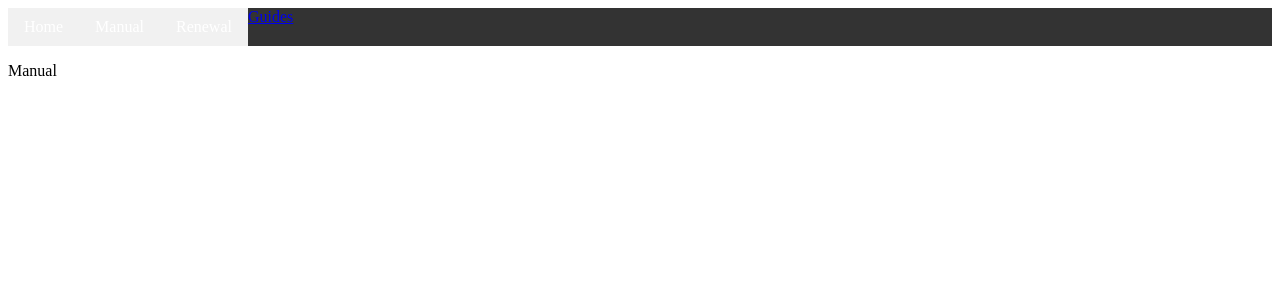
Repository: muesinga/ticketoffice-dot-info
Page: guides/manual.html
The author's editor kept a copy of each file at every save. The page is drawn from the files as they stood at one save, then again after a run of saves.
The browser window is 1280 px wide. The pictures show the whole page.

Above is the page before, as saved 2022-06-07 10:44:07.
Console error: TypeError: Cannot read properties of null (reading 'getElementsByClassName')

### guides/manual.html
<!DOCTYPE html>
<html>
<head>
    <link rel="stylesheet" href="/style/style.css">
    <link rel="import" href="/components/nav.html">
    <script src="/src/nav.js" deferd></script>
    <script src="/src/index.js" defer></script>
</head>
<body>
    <script id="replace_with_navbar" src="index.js"></script>
<p>
    Manual
</p>

</body>
</html>

### style/style.css
  #navlink-container {
    list-style-type: none;
    margin: 0;
    padding: 0;
    overflow: hidden;
    background-color: #333;
  }
  .navlink {
    border: none;
    outline: none;
    padding: 10px 16px;
    background-color: #f1f1f1;
    cursor: pointer;
    text-decoration: none;
    display: block;
    color: white;
    float: left;
  }

  .active, .navlink:hover {
    background-color: #666;
    color: white;
  }



  li.dropdown {
    display: inline-block;
  }

  .dropdown-content {
    display: none;
    position: absolute;
    background-color: #f9f9f9;
    min-width: 160px;
    box-shadow: 0px 8px 16px 0px rgba(0,0,0,0.2);
    z-index: 1;
  }

  .dropdown-content a {
    color: black;
    padding: 12px 16px;
    text-decoration: none;
    display: block;
    text-align: left;
  }

  .dropdown-content a:hover {background-color: #f1f1f1;}

  .dropdown:hover .dropdown-content {
    display: block;
  }

### src/nav.js
fetch('/components/nav.html')
.then(res => res.text())
.then(text => {
    let oldelem = document.querySelector("script#replace_with_navbar");
    let newelem = document.createElement("div");
    newelem.innerHTML = text;
    oldelem.parentNode.replaceChild(newelem,oldelem);
})

### src/index.js
var navlinkContainer = document.getElementById("navlink-container")
var navlinks = navlinkContainer.getElementsByClassName("navlink")


for (var i = 0; i < navlinks.length; i++) {
    navlinks[i].addEventListener("click", function() {
        var current = document.getElementsByClassName("active");
        current[0].className = current[0].className,replace("active", "");
        this.className += "active";
    });
}

### components/nav.html
<nav>
    <ul id="navlink-container">
        <li><a class="navlink" href="../index.html">Home</a></li>
        <li><a class="navlink" href="../guides/manual.html">Manual</a></li>
        <li><a class="navlink" href="../guides/renewal.html">Renewal</a></li>
        <li class="dropdown">
            <a href="javascript:void(0)" class="dropbtn">Guides</a>
            <div class="dropdown-content">
                <a href="#">1</a>
                <a href="#">2</a>
                <a href="#">3</a>
            </div>
        </li>
    </ul>
</nav>

After the next 2 saves:
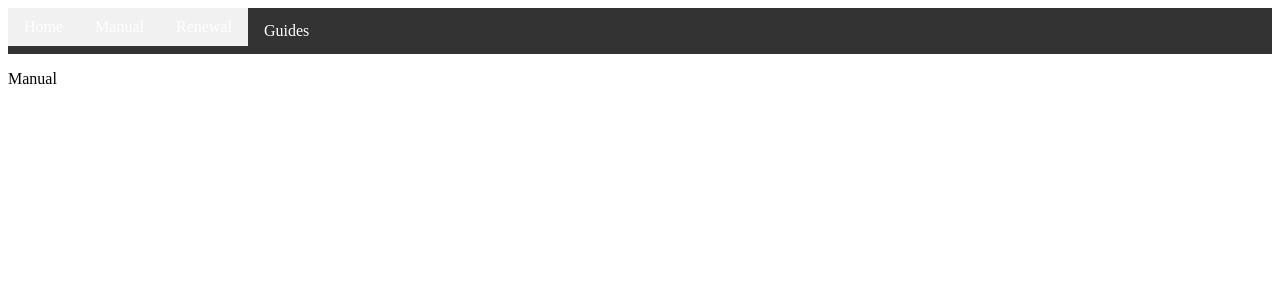
The 2 saves are shown as one change because they came seconds apart.
The last was saved 17 s later.
--- a/style/style.css
+++ b/style/style.css
@@ -22,7 +22,17 @@
     color: white;
   }
 
+  li a, .dropbtn {
+    display: inline-block;
+    color: white;
+    text-align: center;
+    padding: 14px 16px;
+    text-decoration: none;
+  }
 
+  li a:hover, .dropdown:hover .dropbtn {
+    background-color: red;
+  }
 
   li.dropdown {
     display: inline-block;
